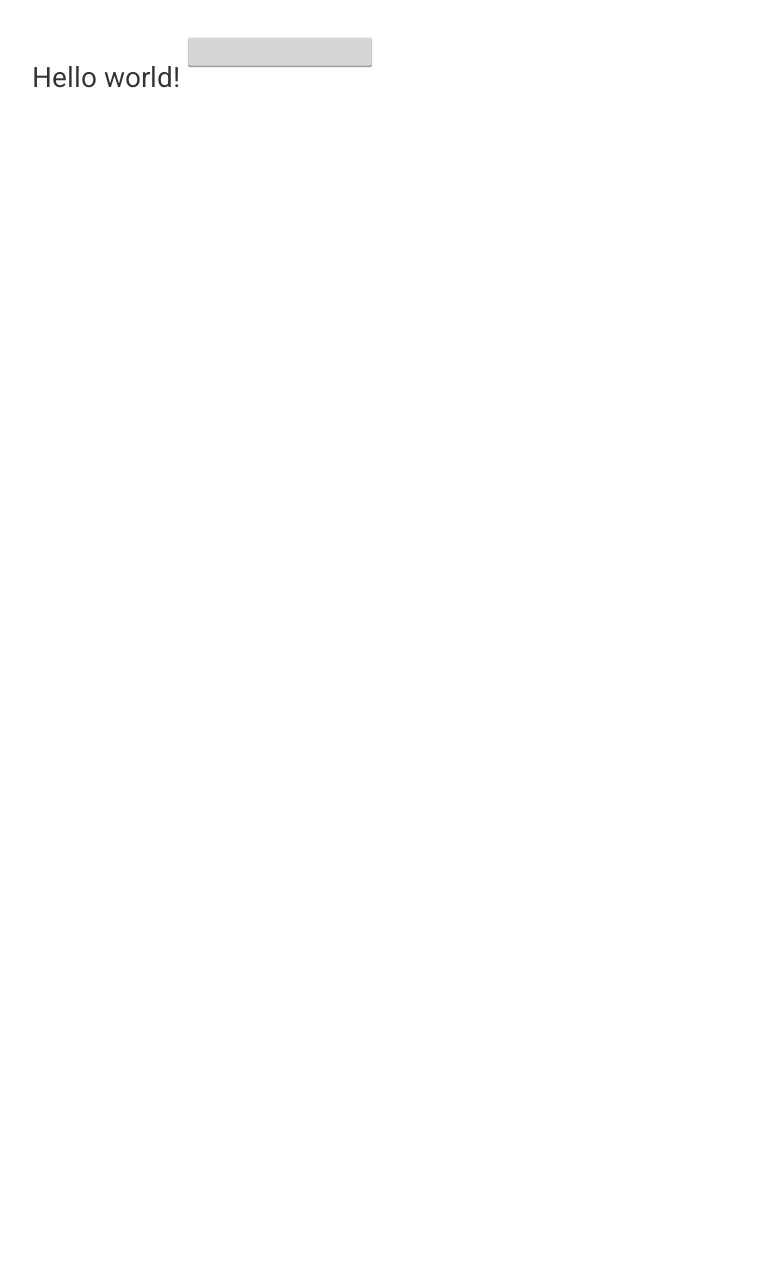
Repository: colincove/IAT381-Android
Layout: UrbanWarLeaderboards/res/layout/activity_title_screen.xml
These files come from the project's save history. The layout is drawn as it stood at one moment and after the next save; the edit follows.
It is drawn on a 768 x 1280 px phone screen (xhdpi) without system bars, with theme AppTheme; the app's code is not run.

Above is the layout before, as saved 2013-09-06 15:54:38.

### UrbanWarLeaderboards/res/layout/activity_title_screen.xml
<LinearLayout xmlns:android="http://schemas.android.com/apk/res/android"
    xmlns:tools="http://schemas.android.com/tools"
    android:layout_width="match_parent"
    android:layout_height="match_parent"
    android:paddingBottom="@dimen/activity_vertical_margin"
    android:paddingLeft="@dimen/activity_horizontal_margin"
    android:paddingRight="@dimen/activity_horizontal_margin"
    android:paddingTop="@dimen/activity_vertical_margin"
    tools:context=".TitleScreenActivity" >

    <TextView
        android:layout_width="wrap_content"
        android:layout_height="wrap_content"
        android:text="@string/hello_world" />
		<Button android:text="@string/about" android:layout_width="100dp" android:layout_height="20dp" />
</LinearLayout>

### UrbanWarLeaderboards/res/values/strings.xml
<?xml version="1.0" encoding="utf-8"?>
<resources>

    <string name="app_name">UrbanWarLeaderboards</string>
    <string name="action_settings">Settings</string>
    <string name="hello_world">Hello world!</string>
	<string name="about">About this App</string>
</resources>

Loaded but not shown: UrbanWarLeaderboards/res/values/styles.xml (common file); UrbanWarLeaderboards/res/values-v11/styles.xml (common file); UrbanWarLeaderboards/res/values-v14/styles.xml (common file); UrbanWarLeaderboards/res/values/dimens.xml (common file)

After the next save:
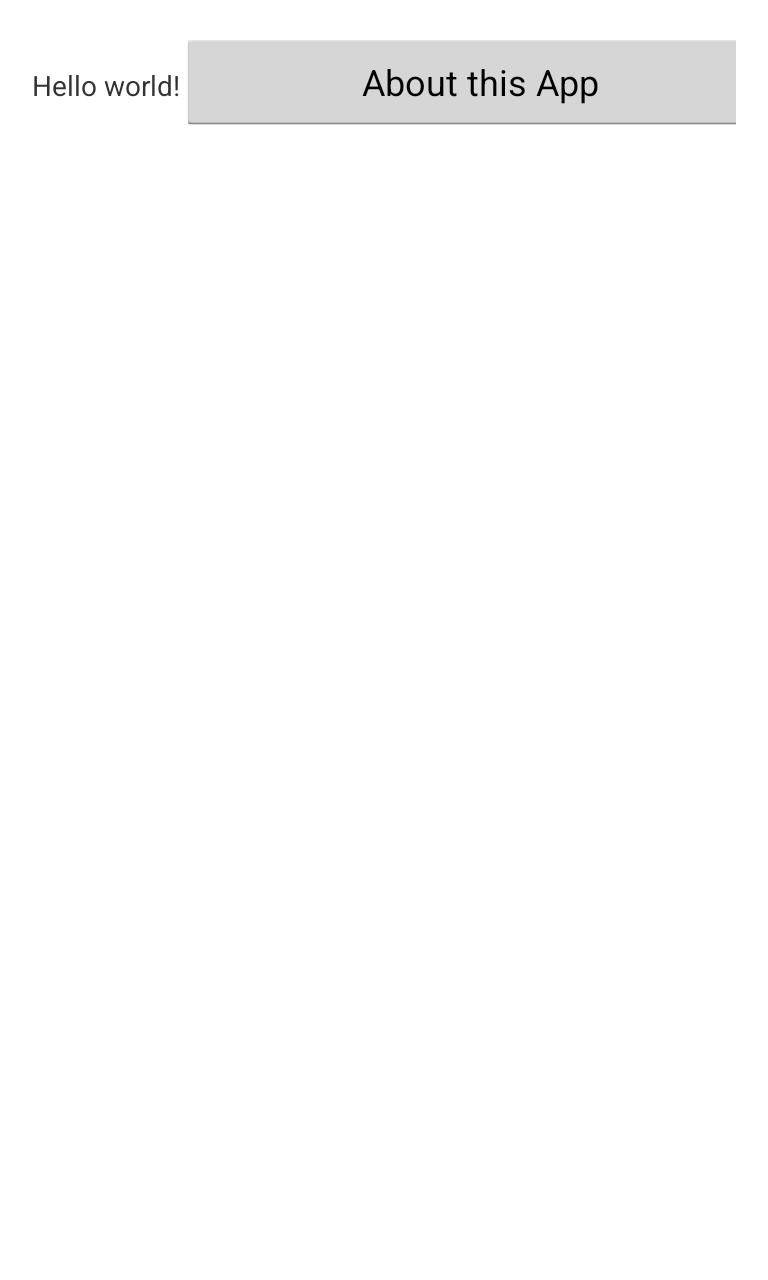
Saved 71 s later.
--- a/UrbanWarLeaderboards/res/layout/activity_title_screen.xml
+++ b/UrbanWarLeaderboards/res/layout/activity_title_screen.xml
@@ -12,5 +12,8 @@
         android:layout_width="wrap_content"
         android:layout_height="wrap_content"
         android:text="@string/hello_world" />
-		<Button android:text="@string/about" android:layout_width="100dp" android:layout_height="20dp" />
+		<Button
+		    android:text="@string/about"
+		    android:layout_width="300dp"
+		    android:layout_height="50dp" />
 </LinearLayout>
